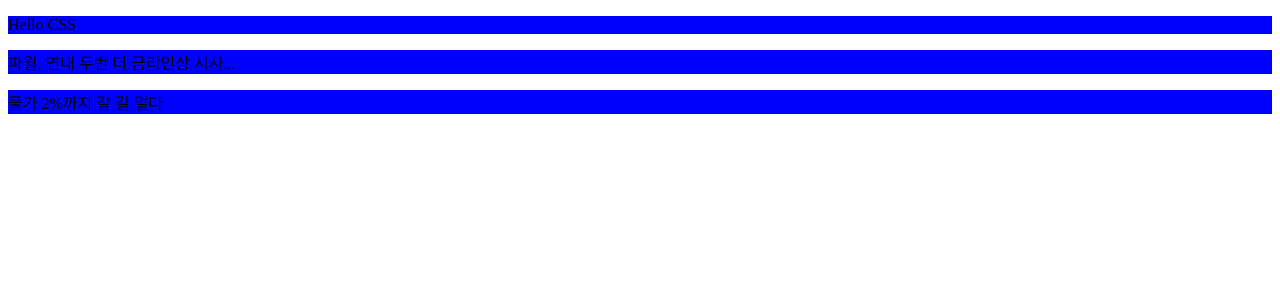
Repository: suhong99/htmlLecture
Page: cssSample1/src/main/webapp/index.html
An editor plug-in stored every save of this project. The page is shown before and after the next save, followed by the edit.
The browser window is 1280 px wide. The pictures show the whole page.

Above is the page before, as saved 2023-06-22 00:21:42.

After the next save:
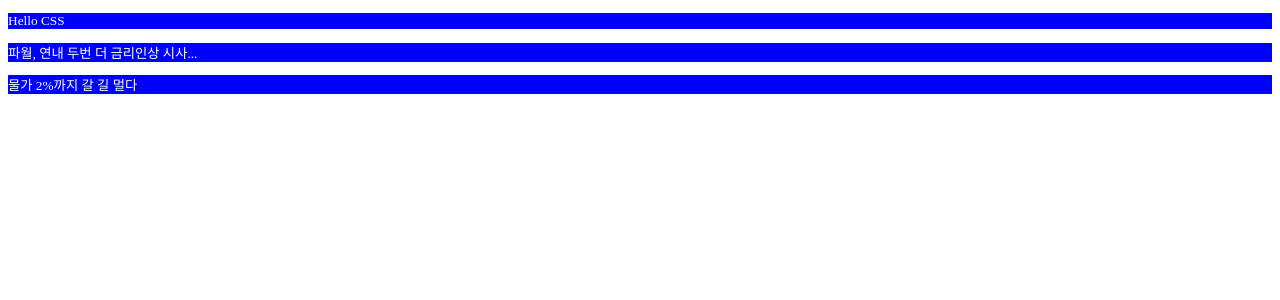
Saved 3 min 42 s later.
--- a/cssSample1/src/main/webapp/index.html
+++ b/cssSample1/src/main/webapp/index.html
@@ -6,6 +6,8 @@
 <style type="text/css">
 	p {
 	background-color :  #0000ff;
+	color : white;
+	font-size:10pt;
 	}
 </style>
 </head>
